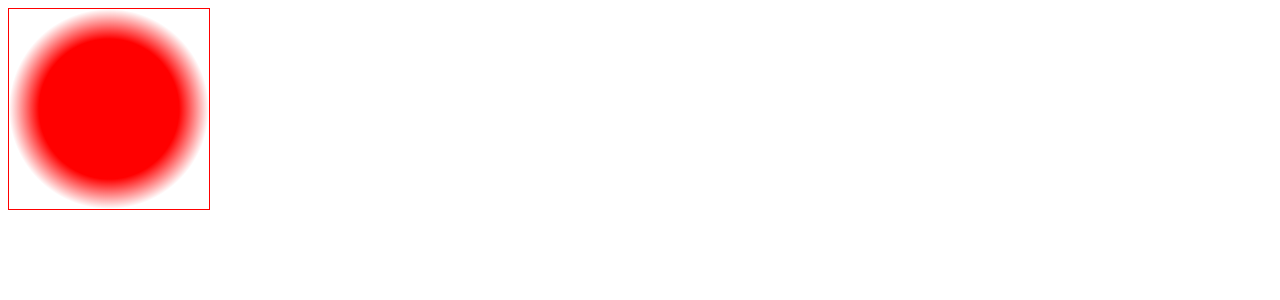
Repository: Tan-Khang21/TH_TKW--Buoi_05
Page: Bai_Tap_Tren_Lop/Bai_01/Canvas8.html
An editor plug-in stored every save of this project. The page is shown before and after the next save, followed by the edit.
The browser window is 1280 px wide. The pictures show the whole page.

Above is the page before, as saved 2024-03-10 20:42:02.

After the next save:
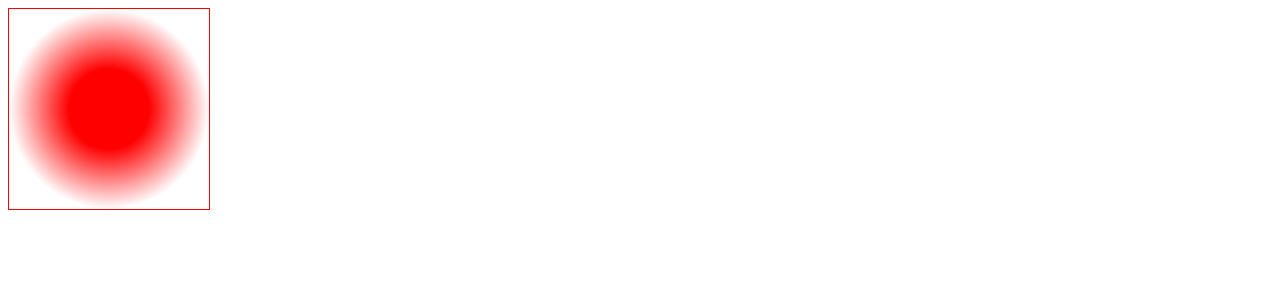
Saved 12 s later.
--- a/Bai_Tap_Tren_Lop/Bai_01/Canvas8.html
+++ b/Bai_Tap_Tren_Lop/Bai_01/Canvas8.html
@@ -15,7 +15,7 @@
     <script>
       var c = document.getElementById("mycanvas");
       var ctx = c.getContext("2d");
-      var grd = ctx.createRadialGradient(100, 100, 70, 100, 100, 100);
+      var grd = ctx.createRadialGradient(100, 100, 40, 100, 100, 100);
       grd.addColorStop(0, "red");
       grd.addColorStop(1, "white");
       ctx.beginPath();
